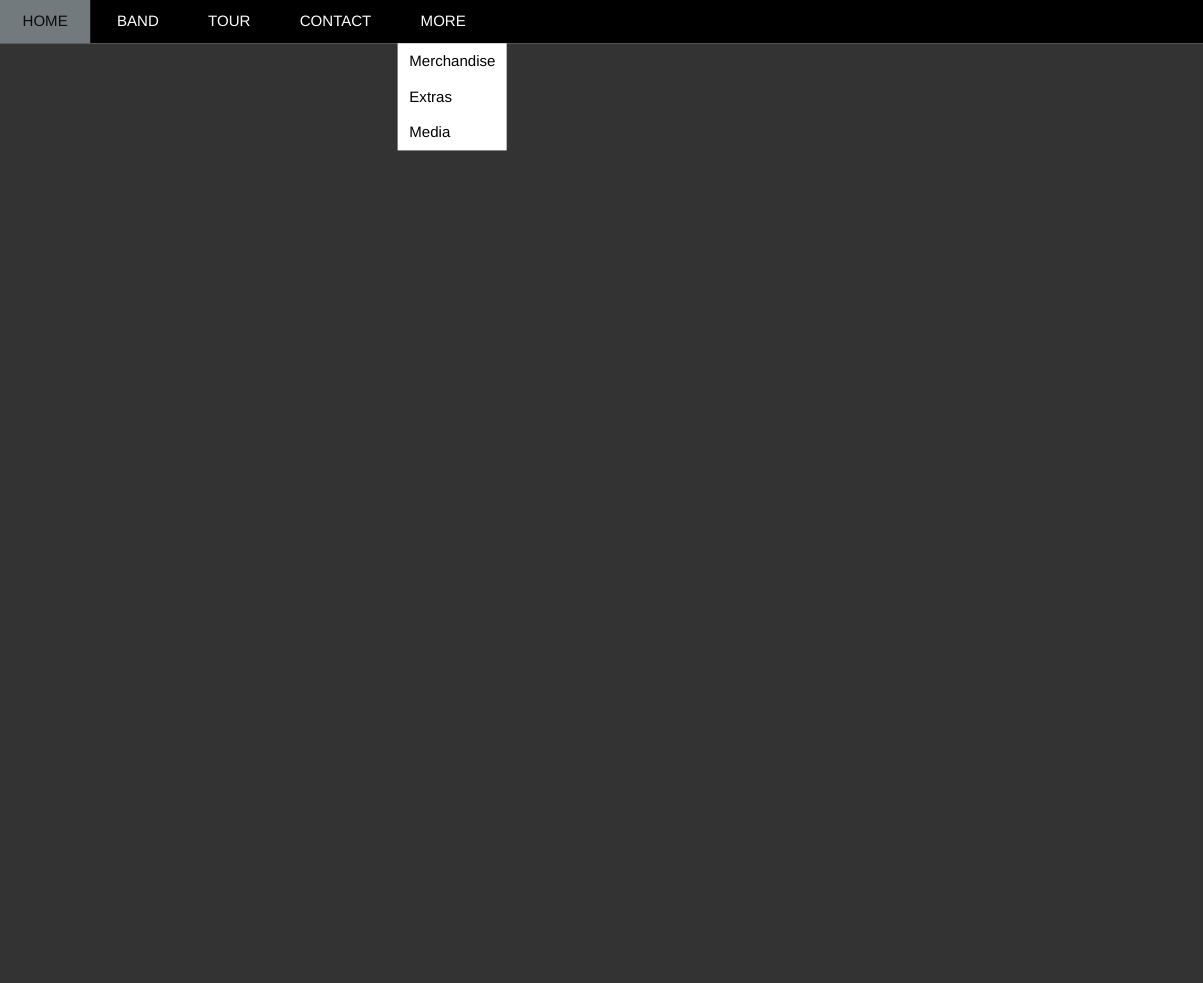
Repository: anhviet-key/hello-cac-ban
Page: HTMS_CSS ZERO 0/index.html
An editor plug-in stored every save of this project. The page is shown before and after the next save, followed by the edit.
The browser window is 1280 px wide. The pictures show the whole page, at 94% of full size.

Above is the page before, as saved 2021-10-03 23:15:40.

### HTMS_CSS ZERO 0/index.html
<!DOCTYPE html>
<html lang="en">

<head>
    <meta charset="UTF-8">
    <meta http-equiv="X-UA-Compatible" content="IE=edge">
    <meta name="viewport" content="width=device-width, initial-scale=1.0">
    <title>Document</title>
    <link rel="stylesheet" href="./assets/css/style.css">
</head>

<body>
    <!--TODO: Let`s go-->
    <div id="main">
        <div id="header">
            <ul id="nav">
                <li>
                    <a href="#">Home</a>
                </li>
                <li>
                    <a href="#">Band</a>
                </li>
                <li>
                    <a href="#">Tour</a>
                </li>
                <li>
                    <a href="#">Contact</a>
                </li>
                <li>
                    <a href="#">More</a>
                    <ul class="subnav">
                        <li>
                            <a href="">Merchandise</a>
                        </li>
                        <li>
                            <a href="">Extras</a>
                        </li>
                        <li>
                            <a href="">Media</a>
                        </li>
                    </ul>
                </li>
            </ul>
        </div>
        <div id="slider">

        </div>
        <div id="content">
            <div class="slibar">

            </div>
        </div>
        <div id="footer">
            <div>

            </div>
        </div>
    </div>
</body>

</html>

### HTMS_CSS ZERO 0/assets/css/style.css
* {
    margin: 0;
    padding: 0;
    box-sizing: border-box;
}

html {
    font-family: helvetica, arial, sans-serif;
}

#main {}

#header {
    height: 46px;
    background-color: black;
}

#nav,
.subnav {
    list-style-type: none;
}

#nav>li {
    display: inline-block;
    position: relative;
}

#nav>li>a {
    color: #fff;
    text-transform: uppercase;
}

#nav li a {
    /* color: #fff; */
    text-decoration: none;
    line-height: 46px;
    padding: 0px 24px;
    display: block;
}

#nav>li:hover>a,
#nav .subnav li:hover a {
    color: rgb(12, 11, 11);
    background-color: rgb(115, 122, 126);
}

#nav .subnav {
    /* display: none; */
    position: absolute;
    background-color: #fff;
    box-shadow: 0 0 10px rgba(0, 0, 0, 0, 3);
}

#nav .subnav a {
    color: black;
    padding: 0px 12px;
    line-height: 38px;
}

#slider {
    min-height: 1000px;
    background-color: #333;
}

#content #footer

After the next save:
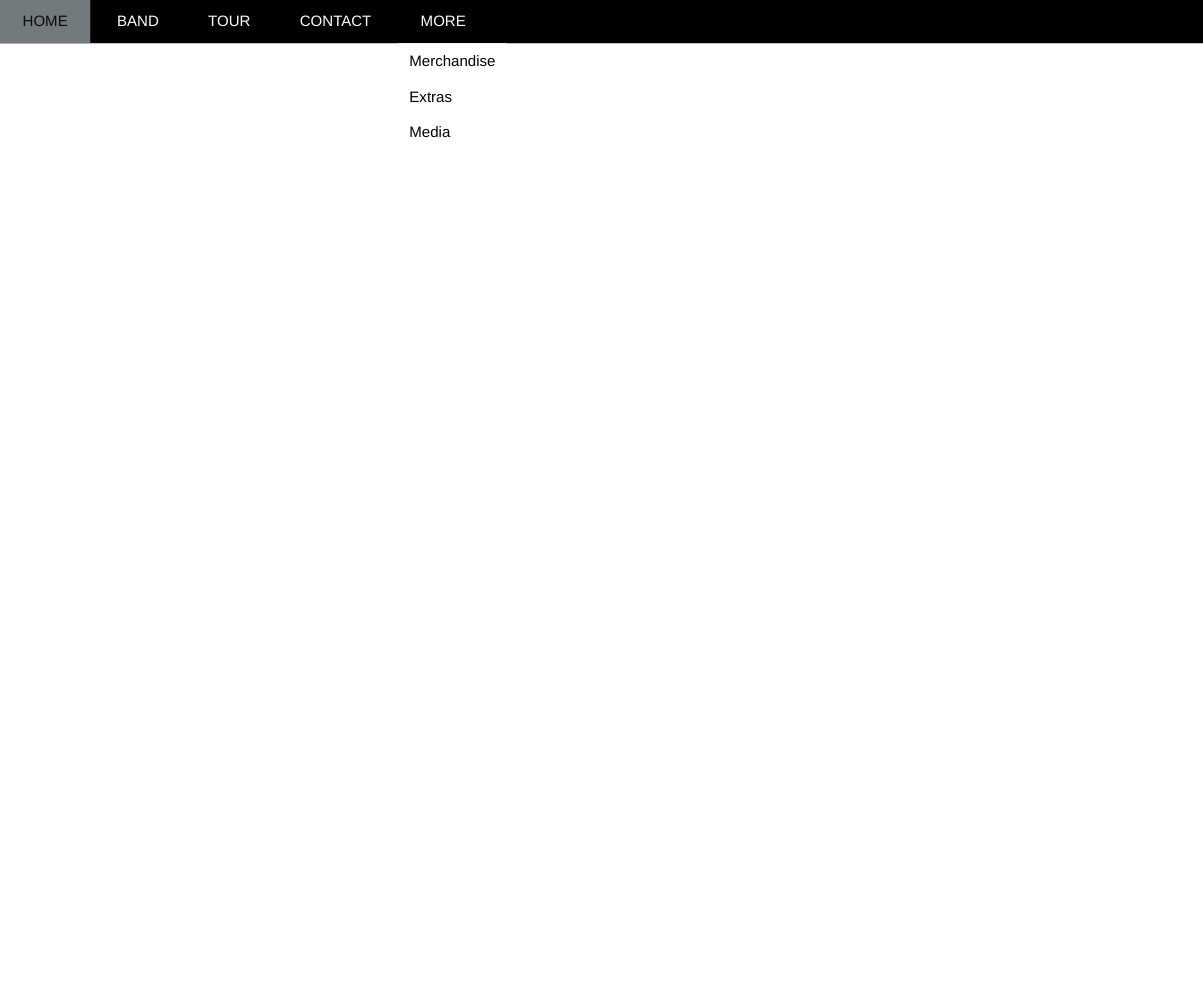
Saved 18 s later.
--- a/HTMS_CSS ZERO 0/assets/css/style.css
+++ b/HTMS_CSS ZERO 0/assets/css/style.css
@@ -59,7 +59,7 @@ html {
 
 #slider {
     min-height: 1000px;
-    background-color: #333;
+    /* background-color: #333; */
 }
 
 #content #footer
